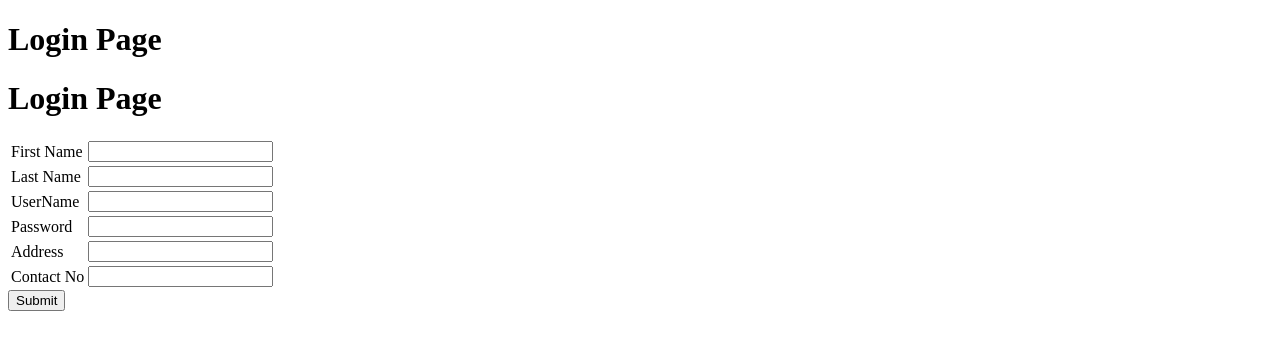
Repository: Madhurisdet/ProjectsTestAutomation
Page: http://localhost/Shopping_cart/order.jsp
The author's editor kept a copy of each file at every save. The page is drawn from the files as they stood at one save, then again after the next save.
The browser window is 1280 px wide. The pictures show the whole page.
The page is served by Tomcat 10.

Above is the page before, as saved 2022-11-16 00:50:51.

After the next save:
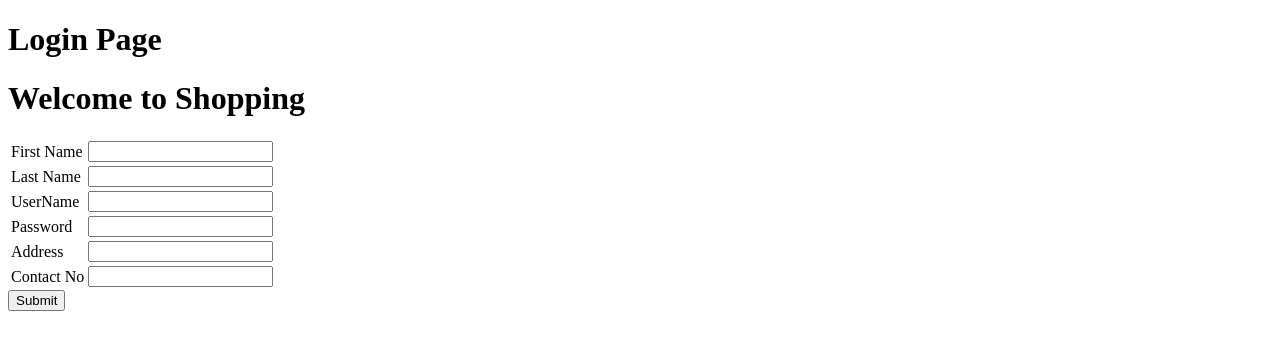
Saved 60 s later.
--- a/Shopping_cart/src/main/webapp/order.jsp
+++ b/Shopping_cart/src/main/webapp/order.jsp
@@ -7,9 +7,9 @@
 
 </head>
 <h1>Login Page</h1>
-<title>Welcome to Shopping</title>
+
 <body>
-<h1>Login Page</h1>
+<h1>Welcome to Shopping</h1>
 <form action="" method="post">
 			<table style="with: 50%">
 				<tr>
